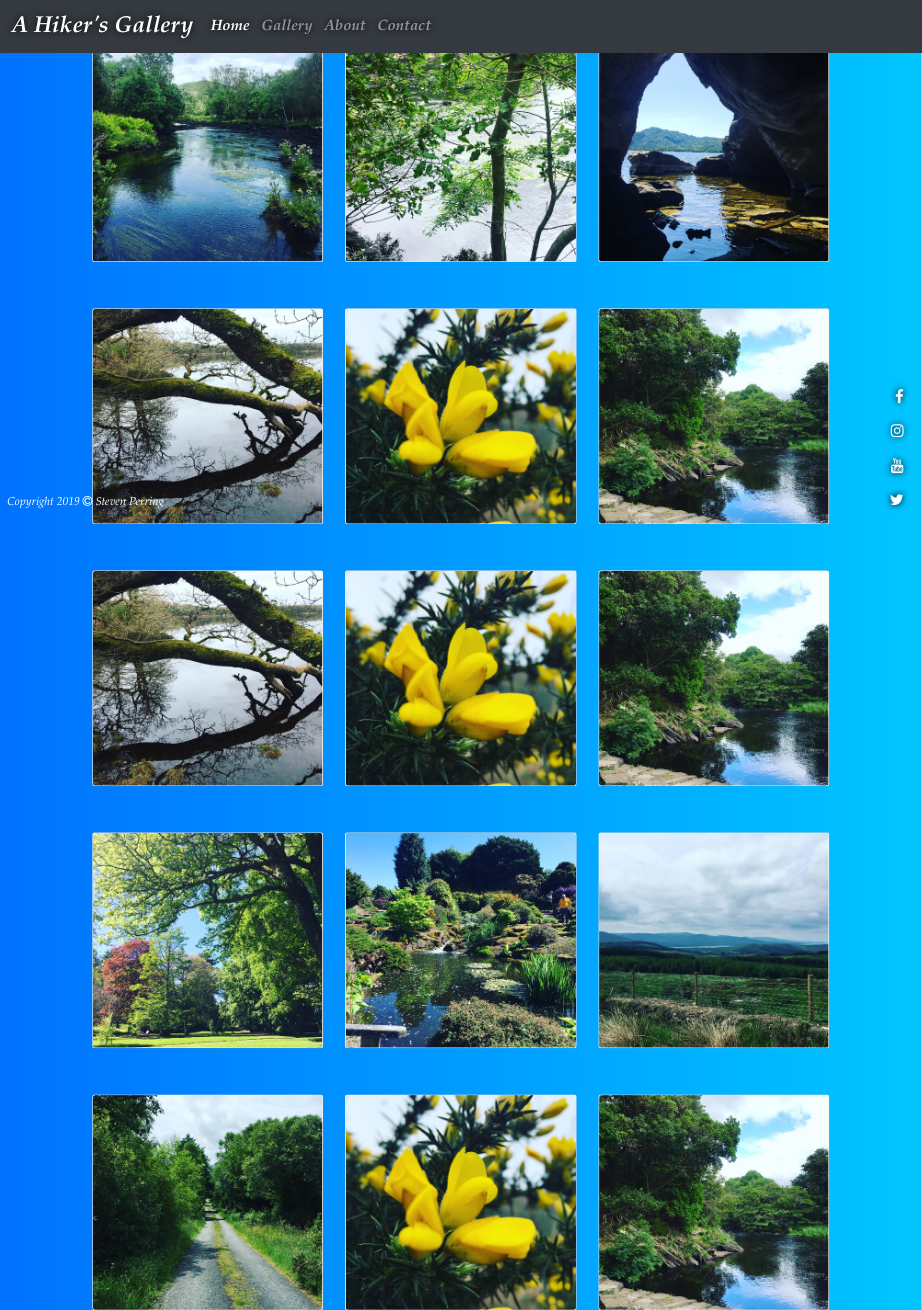
Repository: S-Perring/hiker
Page: gallery.html
The author's editor kept a record of every edit. The page is drawn from the files as they stood at one moment, then again after the next edit.
The browser window is 1280 px wide. The pictures show the whole page, at 72% of full size.
Some web fonts or font styles are not loaded; a fallback is used.

Above is the page before.

### gallery.html
<!DOCTYPE html>
<html lang="en">
<head>
    <meta charset="UTF-8">
    <meta name="viewport" content="width=device-width, initial-scale=1.0">
    <meta http-equiv="X-UA-Compatible" content="ie=edge">
    <link rel="stylesheet" href="https://stackpath.bootstrapcdn.com/bootstrap/4.3.1/css/bootstrap.min.css" type="text/css" />
    <link rel="stylesheet" href="https://stackpath.bootstrapcdn.com/font-awesome/4.7.0/css/font-awesome.min.css" type="text/css" />
    <link rel="stylesheet" href="https://cdnjs.cloudflare.com/ajax/libs/font-awesome/4.7.0/css/font-awesome.min.css">
    <link rel="stylesheet" href="css/style.css" type="text/css" />
    <title>Hiker's Gallery</title>
</head>

<body>

<header>
  <nav class="navbar fixed-top navbar-expand-sm navbar-dark bg-dark scrolling-navbar">
    <a class="navbar-brand" href="#"><strong>A Hiker's Gallery</strong></a>
    <button class="navbar-toggler" type="button" data-toggle="collapse" data-target="#navbarSupportedContent"
      aria-controls="navbarSupportedContent" aria-expanded="false" aria-label="Toggle navigation">
      <span class="navbar-toggler-icon"></span>
    </button>
    <div class="collapse navbar-collapse" id="navbarSupportedContent">
      <ul class="navbar-nav">
        <li class="nav-item active">
          <a class="nav-link" href="index.html">Home <span class="sr-only">(current)</span></a>
        </li>
        <li class="nav-item">
          <a class="nav-link" href="gallery.html">Gallery</a>
        </li>
        <li class="nav-item">
          <a class="nav-link" href="about.html">About</a>
        </li>
        <li class="nav-item">
          <a class="nav-link" href="contact.html">Contact</a>
        </li>
      </ul>
    </div>
  </nav>

</header>

 <section>
            <div class="container-gallery">

                <div class="card-deck">

                    <div class="card">
                        <img src="css/images/1.JPG" class="card-img-top"
                            alt="Lighthouse on top of a cliff at sunset">
                        </div>

                    <div class="card">
                        <img src="css/images/2.JPG" class="card-img-top"
                            alt="Cliffs by the sea at sunset with a bright moon">
                        </div>


                    <div class="card">
                        <img src="css/images/3.JPG" class="card-img-top"
                            alt="A tree with no leaves at the side of a lake">
                        </div>
                      </div>
                      </div>

                <div class="container-gallery">

                <div class="card-deck">

                    <div class="card">
                        <img src="css/images/4.JPG" class="card-img-top"
                            alt="Lighthouse on top of a cliff at sunset">
                        </div>

                    <div class="card">
                        <img src="css/images/7.JPG" class="card-img-top"
                            alt="Cliffs by the sea at sunset with a bright moon">
                        </div>


                    <div class="card">
                        <img src="css/images/6.JPG" class="card-img-top"
                            alt="A tree with no leaves at the side of a lake">
                        </div>
                      </div>
                    </div>


                                    <div class="container-gallery">

                <div class="card-deck">

                    <div class="card">
                        <img src="css/images/4.JPG" class="card-img-top"
                            alt="Lighthouse on top of a cliff at sunset">
                        </div>

                    <div class="card">
                        <img src="css/images/7.JPG" class="card-img-top"
                            alt="Cliffs by the sea at sunset with a bright moon">
                        </div>


                    <div class="card">
                        <img src="css/images/6.JPG" class="card-img-top"
                            alt="A tree with no leaves at the side of a lake">
                        </div>
                      </div>
                    </div>

                                    <div class="container-gallery">

                <div class="card-deck">

                    <div class="card">
                        <img src="css/images/9.JPG" class="card-img-top"
                            alt="Lighthouse on top of a cliff at sunset">
                        </div>

                    <div class="card">
                        <img src="css/images/10.JPG" class="card-img-top"
                            alt="Cliffs by the sea at sunset with a bright moon">
                        </div>


                    <div class="card">
                        <img src="css/images/11.JPG" class="card-img-top"
                            alt="A tree with no leaves at the side of a lake">
                        </div>
                      </div>
                    </div>

                                    <div class="container-gallery">

                <div class="card-deck">

                    <div class="card">
                        <img src="css/images/12.JPG" class="card-img-top"
                            alt="Lighthouse on top of a cliff at sunset">
                        </div>

                    <div class="card">
                        <img src="css/images/7.JPG" class="card-img-top"
                            alt="Cliffs by the sea at sunset with a bright moon">
                        </div>


                    <div class="card">
                        <img src="css/images/6.JPG" class="card-img-top"
                            alt="A tree with no leaves at the side of a lake">
                        </div>
                      </div>
                    </div>



     </section>





<footer class="fixed-bottom">
   <div class="container">
     <ul class="navbar-nav nav-flex-icons">
        <li class="nav-item" id="highlight">
          <a class="nav-link"><i class="fa fa-facebook"></i></a>
        </li>
        <li class="nav-item" id="highlight">
          <a class="nav-link"><i class="fa fa-instagram"></i></a>
        </li>
                <li class="nav-item" id="highlight">
          <a class="nav-link"><i class="fa fa-youtube"></i></a>
        </li>
                </li>
                <li class="nav-item" id="highlight">
          <a class="nav-link"><i class="fa fa-twitter"></i></a>
        </li>
      </ul>
   </div>
      <div class="copyright">Copyright 2019 <i class="fa fa-copyright"></i> Steven Perring</div>
</footer>

    <script src="https://code.jquery.com/jquery-3.3.1.slim.min.js"></script>
    <script src="https://cdnjs.cloudflare.com/ajax/libs/popper.js/1.14.7/umd/popper.min.js"></script>
    <script src="https://stackpath.bootstrapcdn.com/bootstrap/4.3.1/js/bootstrap.min.js"></script>

</body>

</html>

### css/style.css
@import url('https://fonts.googleapis.com/css?family=Garamond:100,200,300,400,500,600,700');


.nav-link {
    font-family: Garamond;
    font-style: italic;
    font-size: 1.3em;
    font-weight: bold;
    text-decoration: none;
}


.main-pic {
    background-image: url(../css/images/main.JPG);
    background-size: cover;
    max-width: 100%;
    height: 100vh;
    padding: 0;
    display: flex;
    align-items: center;
    justify-content: center;
    background-repeat: no-repeat;

}


.navbar-brand {
    font-family: Garamond;
    font-size: 2em;
    font-style: italic;
}

.explore {
    Background-color: rgba(195, 195, 195, 0.4);
    padding: 20%;
    border-radius: 50%;
    font-family: Garamond;
    text-align: center;
    font-style: italic;
    font-size: 2.5em;
    font-weight: bolder;
    color: #4B0082;

}


a {
    text-shadow: 0 0 10px black;
}

footer {
    padding-left: 10px;
    font-family: Garamond;
    font-style: italic;
    color: #fff;
    font-size: 1em;
}

a:hover {
  text-decoration: none;
  color: #fff;
  transition: 1.5s;

}


.icons {
    text-align: center;
}


.copyright {
    display: inline-block;
    margin-bottom: 10px;
    text-align: left;
    width: 60%;
    position: absolute;
    bottom: 0px;

}

#highlight:hover {
  text-decoration: none;
  color: #4B0082;
  cursor: pointer;
}

.container {
    float: right;
    margin: 0;
    width:5%;
    text-align: right;
    margin-right: 10px;

}






.about {
    Background-color: rgba(208, 208, 208, 0.65);
    padding: 10px;
    margin: 15%;
    border-radius: 10%;
    text-align: center;
    color: #4B0082;
    font-family: Garamond;
    font-style: italic;

}




/*------------------- contact form-------------------------*/


body{
    background: -webkit-linear-gradient(left, #0072ff, #00c6ff);

}
.contact-form{
    Background-color: rgba(208, 208, 208, 0.25);
    font-family: Garamond;
    font-style: italic;
    color: #4B0082;
    margin-top: 10%;
    border-radius: 10%;
    margin-bottom: 5%;
    width: 70%;
}
.contact-form .form-control{
    border-radius:1rem;
}

.contact-form form{
    padding: 14%;

}
.contact-form form .row{
    margin-bottom: -7%;

}
.contact-form h3{
    margin-bottom: 8%;
    margin-top: -10%;
    text-align: center;

}
.contact-form .btnContact {
    margin-right: 25%;
    font-family: Garamond;
    font-style: italic;
    border: none;
    border-radius: 1rem;
    padding: 3%;
    background: #4B0082;
    font-weight: 600;
    color: #fff;
    cursor: pointer;
}


.btnContactSubmit{

    color: #fff;
    background-color: #0062cc;
    border: none;
    cursor: pointer;
}

/*------------------- gallery-------------------------*/

.container-gallery {
    margin-top: 5%;
    margin-left: 10%;
    margin-right: 10%;
    font-family: Garamond;
    font-style: italic;
    text-align: center;
    color: #4B0082;
    padding: inherit;


}

.card {
    position: relative;
    float: left;
    width:  300px;
    height: 300px;
    overflow: hidden;



}

After the next edit:
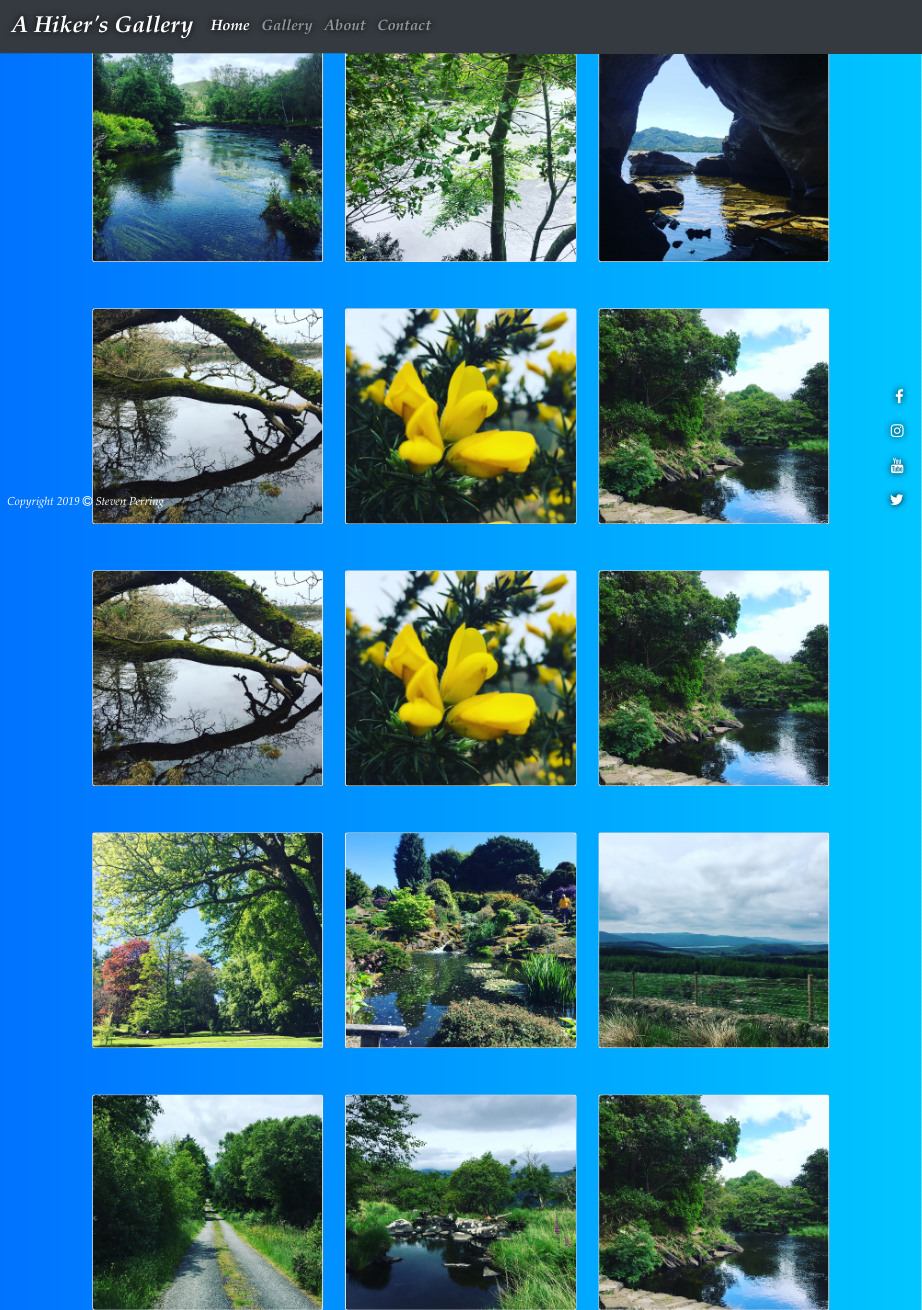
The edit:
--- a/gallery.html
+++ b/gallery.html
@@ -140,7 +140,7 @@
                         </div>
 
                     <div class="card">
-                        <img src="css/images/7.JPG" class="card-img-top"
+                        <img src="css/images/13.JPG" class="card-img-top"
                             alt="Cliffs by the sea at sunset with a bright moon">
                         </div>
 
